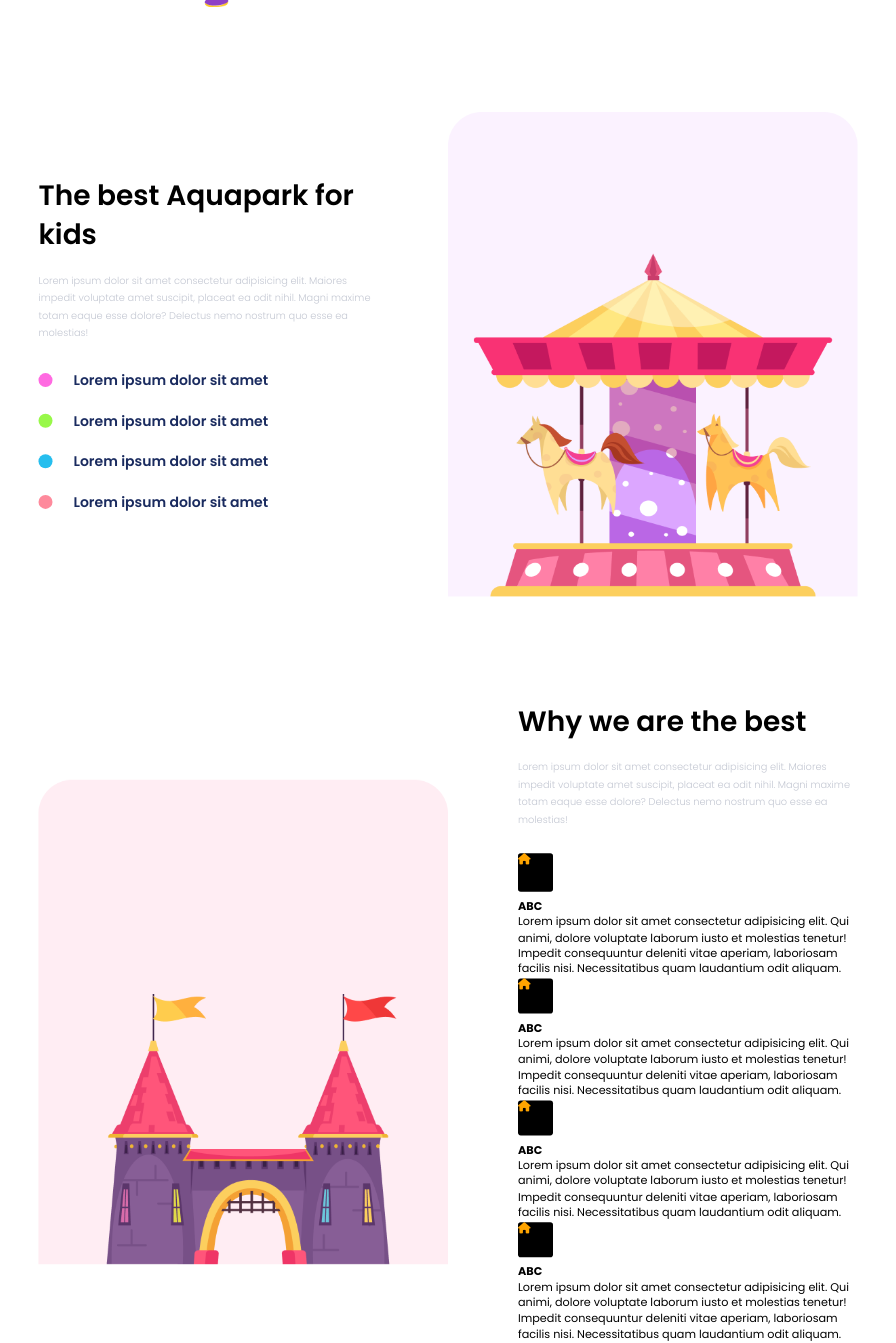
Repository: khuong30082000/the-playground
Page: index.html
An editor plug-in stored every save of this project. The page is shown before and after the next save, followed by the edit.
The browser window is 1280 px wide. The pictures show the part of the page from y = 2040 to 3960 px (the page is 3958 px tall before and 3960 px after), at 70% of full size.
Some web libraries are served in a nearby version. The style sheet was rebuilt from its Sass, Less or Tailwind sources for each picture, by a compiler version that may differ from the author's.

Above is the page before, as saved 2022-06-20 16:59:39.

After the next save:
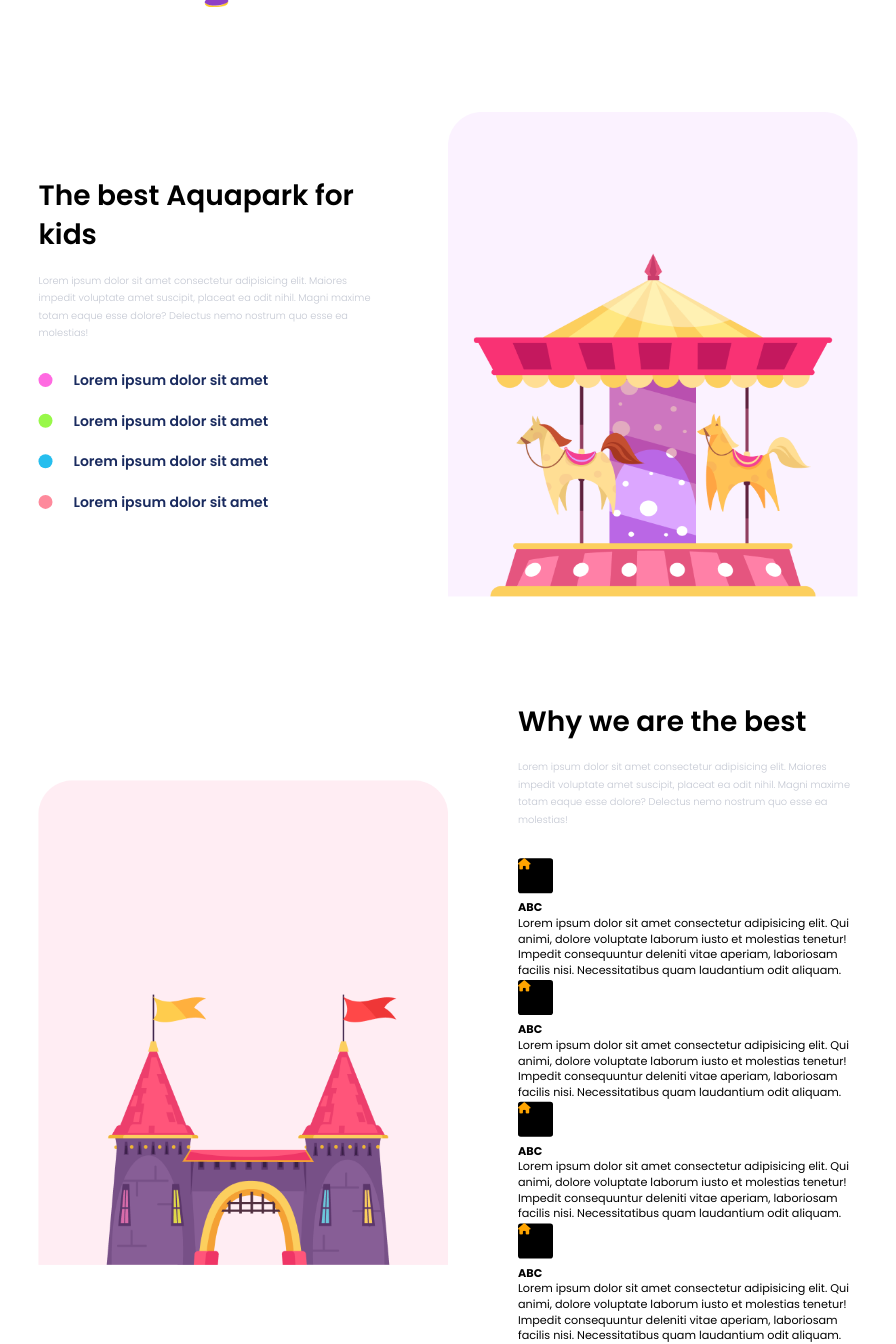
Saved 7 s later.
--- a/index.html
+++ b/index.html
@@ -129,9 +129,7 @@
             <p class="feature__desc">Lorem ipsum dolor sit amet consectetur adipisicing elit. Maiores impedit voluptate amet suscipit, placeat ea odit nihil. Magni maxime totam eaque esse dolore? Delectus nemo nostrum quo esse ea molestias!</p>
             <ul class="feature__best-list">
               <li class="feature__best-item">
-               <div class="feature__best-icon">
                  <i class="fa fa-home feature__best-icon"></i>
-               </div>
                 <h4 class="feature__best-title">ABC</h4>
                 <p class="feature__best-desc">Lorem ipsum dolor sit amet consectetur adipisicing elit. Qui animi, dolore voluptate laborum iusto et molestias tenetur! Impedit consequuntur deleniti vitae aperiam, laboriosam facilis nisi. Necessitatibus quam laudantium odit aliquam.</p>
               </li>

After the save that followed:
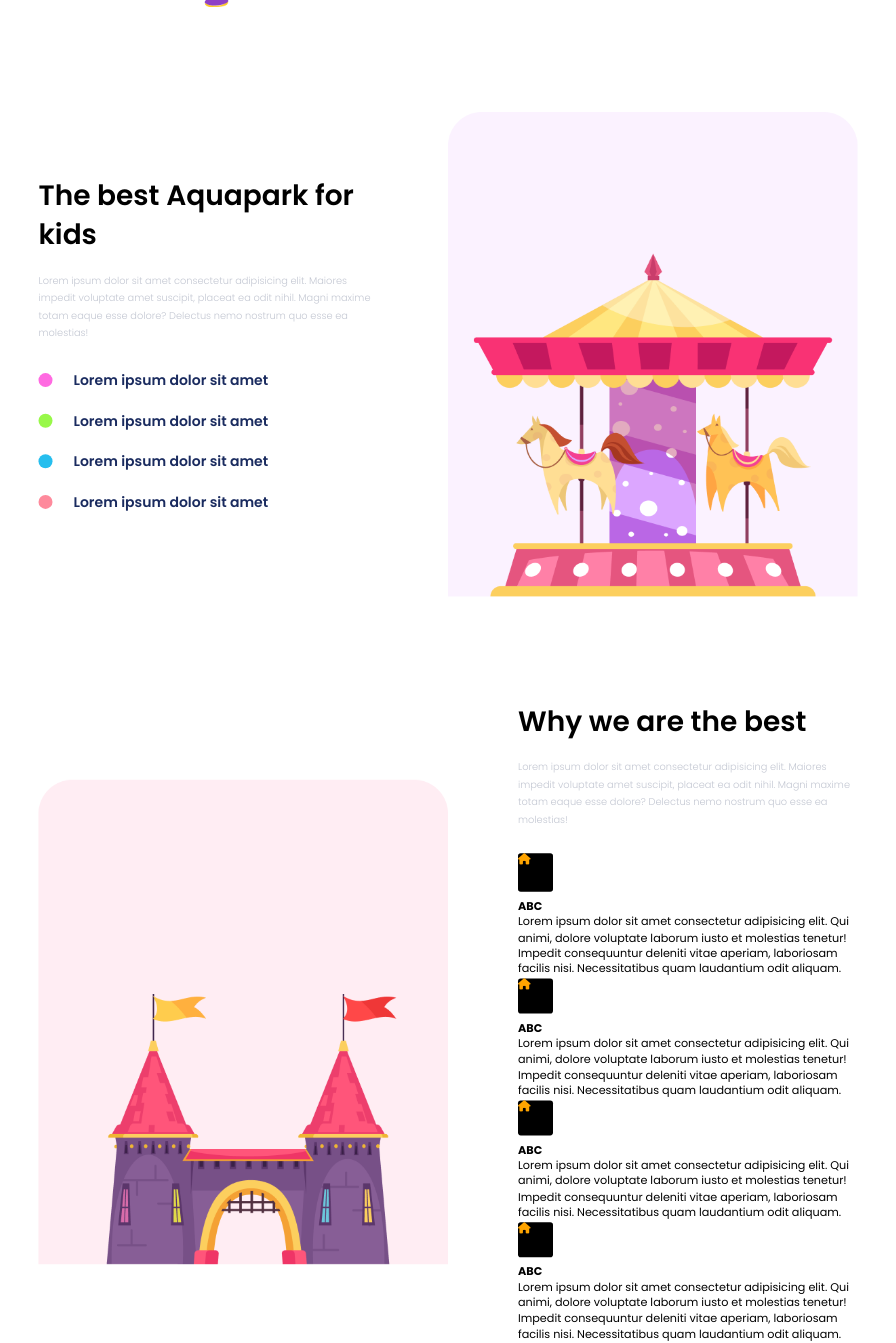
Saved 9 s later.
--- a/index.html
+++ b/index.html
@@ -129,7 +129,9 @@
             <p class="feature__desc">Lorem ipsum dolor sit amet consectetur adipisicing elit. Maiores impedit voluptate amet suscipit, placeat ea odit nihil. Magni maxime totam eaque esse dolore? Delectus nemo nostrum quo esse ea molestias!</p>
             <ul class="feature__best-list">
               <li class="feature__best-item">
+               <div class="feature__best-icon">
                  <i class="fa fa-home feature__best-icon"></i>
+               </div>
                 <h4 class="feature__best-title">ABC</h4>
                 <p class="feature__best-desc">Lorem ipsum dolor sit amet consectetur adipisicing elit. Qui animi, dolore voluptate laborum iusto et molestias tenetur! Impedit consequuntur deleniti vitae aperiam, laboriosam facilis nisi. Necessitatibus quam laudantium odit aliquam.</p>
               </li>
